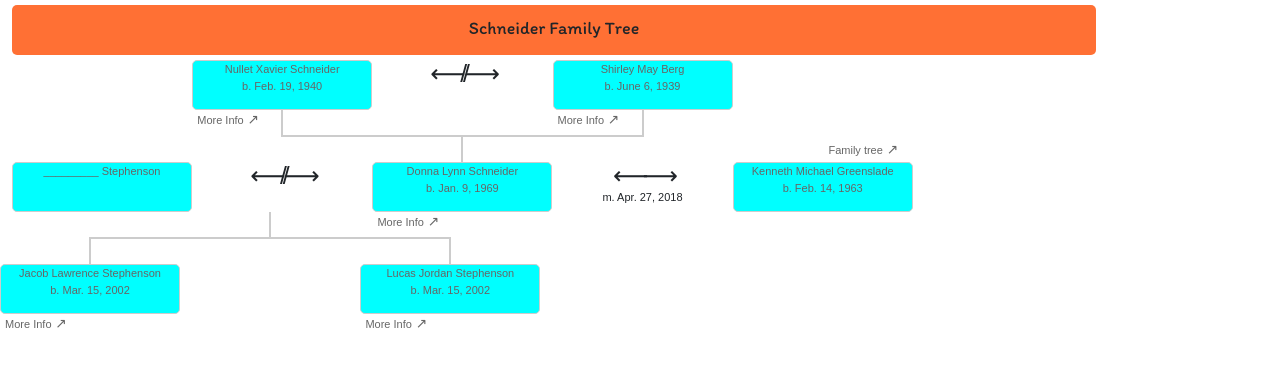
Repository: George2916/GreensladeFamilyTree
Page: familyTreeSchneider.html
The author's editor kept a record of every edit. The page is drawn from the files as they stood at one moment, then again after the next edit.
The browser window is 1280 px wide. The pictures show the whole page.

Above is the page before.

### familyTreeSchneider.html
<!doctype html>
<html lang="en">
<head>

    <meta charset="utf-8">
    <meta http-equiv="X-UA-Compatible" content="IE-edge">
    <meta name="viewport" content="width=device-width, initial-scale=1">
    <!--[if lt IE 9]
      <script src="https://oss.maxcdn.com/html5shiv/3.7.2/html5shiv.min.js"></script>
      <script src="https://oss.maxcdn.com/respond/1.4.2/respond.min.js"></script>
    <![endif]-->

    <link rel="stylesheet" type="text/css" href="css/bootstrap.css">
    <link href="css/myStyle.css" rel="stylesheet" type="text/css">
    <link rel="preconnect" href="https://fonts.gstatic.com">
	  <link href="https://fonts.googleapis.com/css2?family=Itim&display=swap" rel="stylesheet">

<title>Schneider Family Tree</title>
</head>
<body class="SchnTree">

<div class="container-fluid">

  <div class="row sidoroff1">
    <div class="col-12">Schneider Family Tree</div>
  </div><!--closes .row-->


	  <div class="col-12">
		  <div class="George2"></div>
      <div class="George1"><p>Nullet Xavier Schneider<br>b. Feb. 19, 1940</p><div class="moreInfoOne"><a data-bs-toggle="modal" href="#nulletModal">&nbsp;More Info<span class="moreInfoArrow">&nbsp;&#x2197;</span></a></div></div>
		  <div class="George2"><span class="divorceSign">&#10229;&sol;&nbsp;&sol;&#10230;</span></div>
		  <div class="George1"><p>Shirley May Berg<br>b. June 6, 1939</p><div class="moreInfoOne"><a data-bs-toggle="modal" href="#shirleyModal">&nbsp;More Info<span class="moreInfoArrow">&nbsp;&#x2197;</span></a></div></div>
		  <div class="George2"></div>
	  </div>



    <div class="col-12">
      <div class="George2"><svg height="50" width="180"></svg></div>
      <div class="George2"><svg height="50" width="180">
  				<path d="M 90 -2 l 0 28" style="stroke:#ccc;stroke-width:2" />
  				<path d="M 90 25 l 90 0" style="stroke:#ccc;stroke-width:2" /></svg></div>
    	<div class="George2"><svg height="50" width="180">
 				 <path d="M 90 25 l 0 26" style="stroke:#ccc;stroke-width:2" />
 				 <path d="M -5 25 l 185 0" style="stroke:#ccc;stroke-width:2" /></svg></div>
    	<div class="George2"><svg height="50" width="180">
 				<path d="M 90 -2 l 0 28" style="stroke:#ccc;stroke-width:2" />
  			<path d="M -5 25 l 95 0" style="stroke:#ccc;stroke-width:2" /></svg></div>
  		<div class="George2"><svg height="50" width="180"></svg></div>
		</div>


	  <div class="col-12 George5">
		  <div class="George1"><p>_________ Stephenson</div>
		  <div class="George2"><span class="divorceSign">&#10229;&sol;&nbsp;&sol;&#10230;</span></div>
		  <div class="George1"><p>Donna Lynn Schneider<br>b. Jan. 9, 1969</p><div class="moreInfoOne"><a data-bs-toggle="modal" href="#donnaModal">&nbsp;More Info<span class="moreInfoArrow">&nbsp;&#x2197;</span></a></div></div>
		  <div class="George2"><span class="marriageSign">&#10229;&#10230;</span><br>m. Apr. 27, 2018</div>
      <div class="George1"><p>Kenneth Michael Greenslade<br>b. Feb. 14, 1963</p><div class="upperRight">&nbsp;&nbsp;&nbsp;&nbsp;&nbsp;&nbsp;&nbsp;&nbsp;&nbsp;&nbsp;&nbsp;&nbsp;&nbsp;&nbsp;&nbsp;&nbsp;&nbsp;&nbsp;&nbsp;&nbsp;&nbsp;&nbsp;&nbsp;&nbsp;&nbsp;&nbsp;&nbsp;&nbsp;&nbsp;&nbsp;&nbsp;<a href="index.html#kennethMichaelGreenslade">Family&nbsp;tree<span class="upperRightArrow">&nbsp;&#x2197;</span></a></div></div>
	  </div>
  </div><!--closes .row-->

  <div class="row">
    <div class="col-12">
  		<div class="George2"><svg height="50" width="180">
  				<path d="M 90 52 l 0 -28" style="stroke:#ccc;stroke-width:2" />
  				<path d="M 90 25 l 90 0" style="stroke:#ccc;stroke-width:2" /></svg></div>
    	<div class="George2"><svg height="50" width="180">
 				 <path d="M 90 -1 l 0 26" style="stroke:#ccc;stroke-width:2" />
 				 <path d="M -5 25 l 185 0" style="stroke:#ccc;stroke-width:2" /></svg></div>
    	<div class="George2"><svg height="50" width="180">
 				<path d="M 90 52 l 0 -28" style="stroke:#ccc;stroke-width:2" />
  			<path d="M -5 25 l 95 0" style="stroke:#ccc;stroke-width:2" /></svg></div>
  		<div class="George2"></div>
  		<div class="George2"></div>
  	</div>
  </div><!--closes .row-->

  <div class="row">
    <div class="col-12">
		  <div class="George1"><p>Jacob Lawrence Stephenson<br>b. Mar. 15, 2002</p><div class="moreInfoOne"><a data-bs-toggle="modal" href="#jacobAndLucasModal">&nbsp;More Info<span class="moreInfoArrow">&nbsp;&#x2197;</span></a></div></div>
		  <div class="George2"></div>
		  <div class="George1"><p>Lucas Jordan Stephenson<br>b. Mar. 15, 2002</p><div class="moreInfoOne"><a data-bs-toggle="modal" href="#jacobAndLucasModal">&nbsp;More Info<span class="moreInfoArrow">&nbsp;&#x2197;</span></a></div></div>
		  <div class="George2"></div>
		  	<div class="George2"></div>
	  </div>
  </div><!--closes .row-->

</div><!--closes .container-->

<!-- Modals  for More Info-->

<div class="modal fade" id="nulletModal" tabindex="-1" aria-labelledby="nulletLabel" aria-hidden="true">
  <div class="modal-dialog modal-Info">
    <div class="modal-content">
      <div class="modal-header">
        <h6 class="modal-title" id="nulletModalLabel">Nullet Xavier Schneider</h6>
        <button type="button" class="btn-close" data-bs-dismiss="modal" aria-label="Close"></button>
      </div><!--closes .modal-header-->
      <div class="modal-body">
      	<p>Born February 19, 1940 in San Francisco, California.</p>
      </div><!--closes modal-body-->
    </div><!--closes .modal-content-->
  </div><!--closes .modal-dialog-->
</div><!--closes .modal-->

<div class="modal fade" id="shirleyModal" tabindex="-1" aria-labelledby="shirleyLabel" aria-hidden="true">
  <div class="modal-dialog modal-Info">
    <div class="modal-content">
      <div class="modal-header">
        <h6 class="modal-title" id="shirleyModalLabel">Shirley May Berg</h6>
        <button type="button" class="btn-close" data-bs-dismiss="modal" aria-label="Close"></button>
      </div><!--closes .modal-header-->
      <div class="modal-body">
      	<p>Born June 6, 1939 in San Mateo, California.</p>
      </div><!--closes modal-body-->
    </div><!--closes .modal-content-->
  </div><!--closes .modal-dialog-->
</div><!--closes .modal-->

<div class="modal fade" id="donnaModal" tabindex="-1" aria-labelledby="donnaLabel" aria-hidden="true">
  	<div class="modal-dialog modal-Info">
		<div class="modal-content">
  			<div class="modal-header">
				<h6 class="modal-title" id="donnaLabel">Donna Lynn Schneider</h6>
				<button type="button" class="btn-close" data-bs-dismiss="modal" aria-label="Close"></button>
  			</div><!--closes .modal-header-->
  			<div class="modal-body">
				<button class="tablinkDonna tabHeading btn-sm" onclick="openTabDonna(event, 'infoDonna')">Information</button>
				<button class="tablinkDonna tabHeading btn-sm" onclick="openTabDonna(event, 'docsDonna')">Documents</button>
  				<div id="infoDonna" class="tabContentDonna">
  					<p></p>
          	<p>Born January 9, 1969 in Daly City, California.</p>
					  <p>Married Kenneth Michael Greenslade on April 27, 2018 in Maui, Hawaii.</p>
					  <p>Occupation was nurse.</p>
				</div>
				<div id="docsDonna" class="tabContentDonna">
					<p></p>
					<p><a href="photoDocsDonnaSchneider.html" class="docLink">Certificate of Marriage for Kenneth Michael Greenslade and Donna Lynn Schneider<span class="moreInfoArrow">&nbsp;&#x2197;</span></a></p>
				</div>
  			</div><!--closes modal-body-->
		</div><!--closes .modal-content-->
  	</div><!--closes .modal-dialog-->
</div><!--closes .modal-->

<div class="modal fade" id="jacobAndLucasModal" tabindex="-1" aria-labelledby="jacobAndLucasLabel" aria-hidden="true">
  <div class="modal-dialog modal-Info">
    <div class="modal-content">
      <div class="modal-header">
        <h6 class="modal-title" id="jacobAndLucasModalLabel">Jacob Lawrence Stephenson and Lucas Jordan Stephenson</h6>
        <button type="button" class="btn-close" data-bs-dismiss="modal" aria-label="Close"></button>
      </div><!--closes .modal-header-->
      <div class="modal-body">
      	<p>Born March 15, 2002 in Berkeley, California.</p>
      </div><!--closes modal-body-->
    </div><!--closes .modal-content-->
  </div><!--closes .modal-dialog-->
</div><!--closes .modal-->

<script>

document.getElementsByClassName("tablinkDonna")[0].click();

function openTabDonna(evtDonna, ContentDonna) {
  var i, x, tablinks;
  x = document.getElementsByClassName("tabContentDonna");
  for (i = 0; i < x.length; i++) {
    x[i].style.display = "none";
  }
  tablinks = document.getElementsByClassName("tablinkDonna");
  for (i = 0; i < x.length; i++) {
    tablinks[i].classList.remove("highlightedTab");
  }
  document.getElementById(ContentDonna).style.display = "block";
  evtDonna.currentTarget.classList.add("highlightedTab");
}

</script>

<script src="js/bootstrap.js"></script>

</body>
</html>

Loaded but not shown: css/bootstrap.css (library); js/bootstrap.js (library); css/myStyle.css (1002 lines, source omitted)

After the next edit:
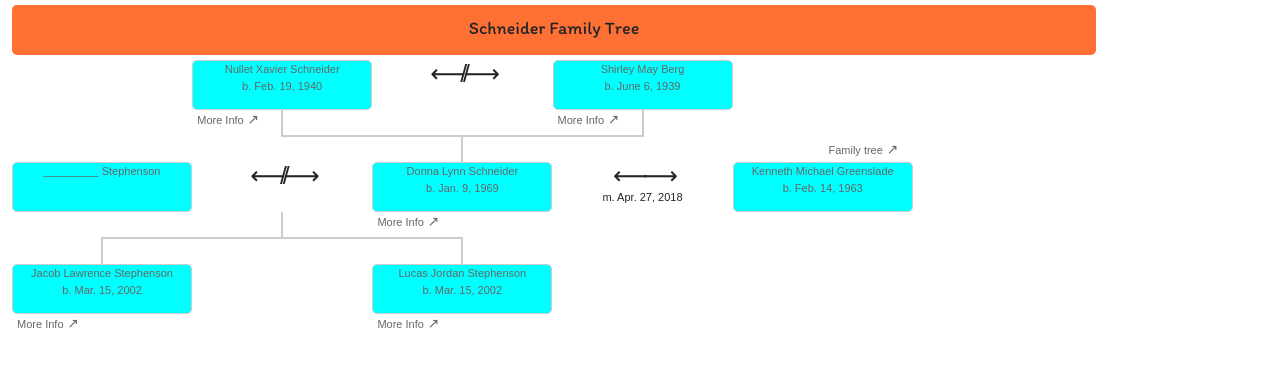
The edit:
--- a/familyTreeSchneider.html
+++ b/familyTreeSchneider.html
@@ -58,7 +58,6 @@
 		  <div class="George2"><span class="marriageSign">&#10229;&#10230;</span><br>m. Apr. 27, 2018</div>
       <div class="George1"><p>Kenneth Michael Greenslade<br>b. Feb. 14, 1963</p><div class="upperRight">&nbsp;&nbsp;&nbsp;&nbsp;&nbsp;&nbsp;&nbsp;&nbsp;&nbsp;&nbsp;&nbsp;&nbsp;&nbsp;&nbsp;&nbsp;&nbsp;&nbsp;&nbsp;&nbsp;&nbsp;&nbsp;&nbsp;&nbsp;&nbsp;&nbsp;&nbsp;&nbsp;&nbsp;&nbsp;&nbsp;&nbsp;<a href="index.html#kennethMichaelGreenslade">Family&nbsp;tree<span class="upperRightArrow">&nbsp;&#x2197;</span></a></div></div>
 	  </div>
-  </div><!--closes .row-->
 
   <div class="row">
     <div class="col-12">
